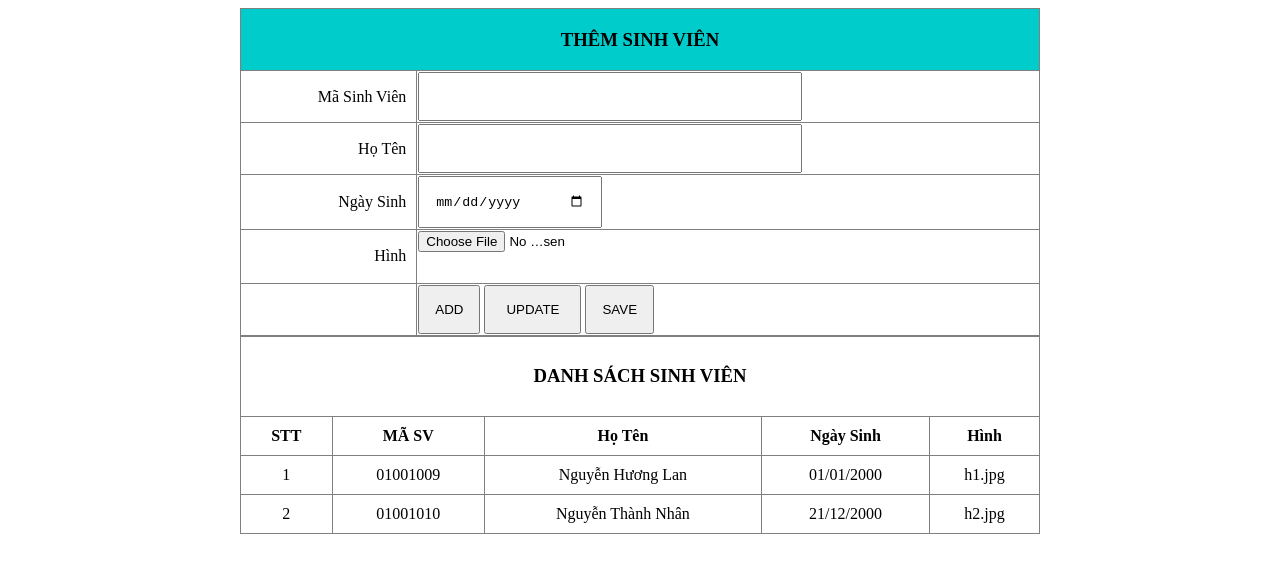
Repository: Tan-Khang21/TH_TKW--Buoi_04
Page: Bai_Tap_Mau/Bai_04/Bai_04.html
The author's editor kept a copy of each file at every save. The page is drawn from the files as they stood at one save, then again after the next save.
The browser window is 1280 px wide. The pictures show the whole page.

Above is the page before, as saved 2024-03-06 10:14:57.

### Bai_Tap_Mau/Bai_04/Bai_04.html
<!DOCTYPE html>
<html lang="en">
  <head>
    <meta charset="UTF-8" />
    <meta name="viewport" content="width=device-width, initial-scale=1.0" />
    <title>Document</title>
  </head>
  <body>
    <table
      border="1px"
      style="width: 800px; border-collapse: collapse; margin: 0 auto"
    >
      <tr>
        <th bgcolor="#00cccc" colspan="3"><h3>THÊM SINH VIÊN</h3></th>
      </tr>
      <tr>
        <td align="right" style="padding: 10px">Mã Sinh Viên</td>
        <td colspan="2">
          <input type="text" style="width: 350px; padding: 15px" />
        </td>
      </tr>
      <tr>
        <td align="right" style="padding: 10px">Họ Tên</td>
        <td colspan="2">
          <input type="text" style="width: 350px; padding: 15px" />
        </td>
      </tr>
      <tr>
        <td align="right" style="padding: 10px">Ngày Sinh</td>
        <td colspan="2">
          <input type="date" style="width: 150px; padding: 15px" />
        </td>
      </tr>
      <tr>
        <td align="right" style="padding: 10px">Hình</td>
        <td colspan="2">
          <input type="file" style="width: 150px; padding-bottom: 30px" />
        </td>
      </tr>
      <tr>
        <td align="right" style="padding: 10px"></td>
        <td colspan="2">
          <input type="button" value="ADD" style="padding: 15px" />
          <input type="button" value="UPDATE" style="padding: 15px 20px" />
          <input type="button" value="SAVE" style="padding: 15px" />
        </td>
      </tr>
    </table>
    <table
      border="1px"
      cellpadding="10px"
      style="width: 800px; border-collapse: collapse; margin: 0 auto"
    >
      <tr>
        <th colspan="5">
          <h3 style="text-transform: uppercase">Danh Sách Sinh Viên</h3>
        </th>
      </tr>
      <tr>
        <th>STT</th>
        <th>MÃ SV</th>
        <th>Họ Tên</th>
        <th>Ngày Sinh</th>
        <th>Hình</th>
      </tr>
      <tr>
        <td align="center">1</td>
        <td align="center">01001009</td>
        <td align="center">Nguyễn Hương Lan</td>
        <td align="center">01/01/2000</td>
        <td align="center">h1.jpg</td>
      </tr>
      <tr>
        <td align="center">2</td>
        <td align="center">01001010</td>
        <td align="center">Nguyễn Thành Nhân</td>
        <td align="center">21/12/2000</td>
        <td align="center">h2.jpg</td>
      </tr>
    </table>
  </body>
</html>

After the next save:
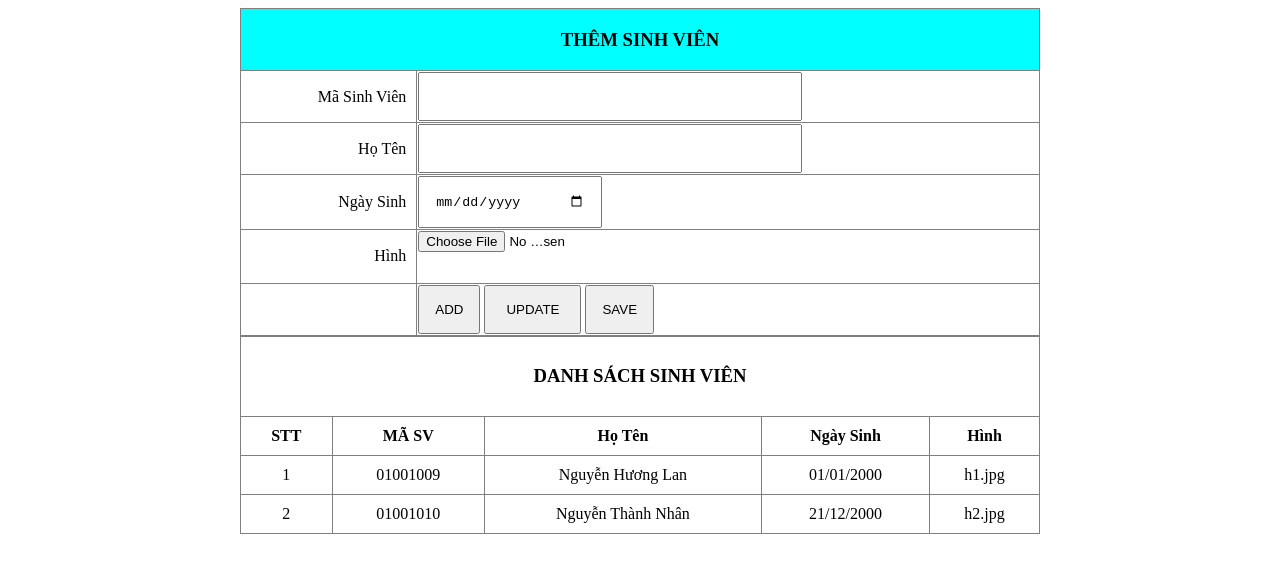
Saved 88 s later.
--- a/Bai_Tap_Mau/Bai_04/Bai_04.html
+++ b/Bai_Tap_Mau/Bai_04/Bai_04.html
@@ -11,7 +11,7 @@
       style="width: 800px; border-collapse: collapse; margin: 0 auto"
     >
       <tr>
-        <th bgcolor="#00cccc" colspan="3"><h3>THÊM SINH VIÊN</h3></th>
+        <th bgcolor="#00ffff" colspan="3"><h3>THÊM SINH VIÊN</h3></th>
       </tr>
       <tr>
         <td align="right" style="padding: 10px">Mã Sinh Viên</td>
